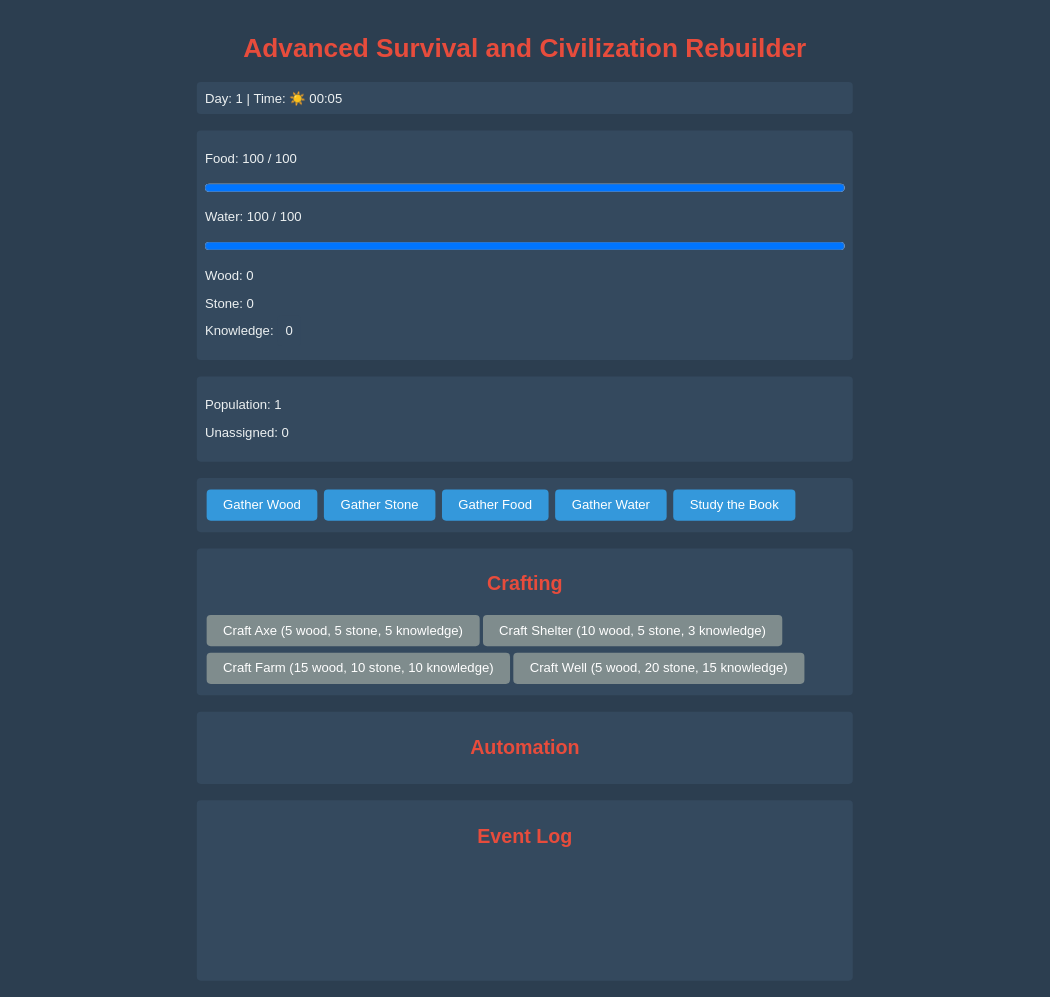
Repository: kingpinzs/afk-post-apocalyptic
Page: index.html
These files come from the project's save history. The page is drawn as it stood at one moment and after the next save; the edit follows.
The browser window is 1280 px wide. The pictures show the whole page, at 82% of full size.

Above is the page before, as saved 2024-09-10 08:05:54.

### index.html
<!DOCTYPE html>
<html lang="en">
<head>
    <meta charset="UTF-8">
    <meta name="viewport" content="width=device-width, initial-scale=1.0">
    <title>Advanced Survival and Civilization Rebuilder</title>
    <link rel="stylesheet" href="styles.css">
</head>
<body>
    <div id="game-container">
        <h1>Advanced Survival and Civilization Rebuilder</h1>
        <div id="day-night-cycle">
            Day: <span id="day-count">1</span> | Time: <span id="time-emoji">🌅</span> <span id="time-display">00:00</span>
        </div>
        <div id="resources">
            <p>Food: <span id="food">100</span> / 100</p>
            <progress id="food-bar" value="100" max="100"></progress>
            <p>Water: <span id="water">100</span> / 100</p>
            <progress id="water-bar" value="100" max="100"></progress>
            <p>Wood: <span id="wood">0</span></p>
            <p>Stone: <span id="stone">0</span></p>
            <p>Knowledge: <span id="knowledge">0</span></p>
        </div>
        <div id="population">
            <p>Population: <span id="population-count">1</span></p>
            <p>Unassigned: <span id="unassigned-population">0</span></p>
        </div>
        <div id="actions">
            <button id="gather-wood">Gather Wood</button>
            <button id="gather-stone">Gather Stone</button>
            <button id="gather-food">Gather Food</button>
            <button id="gather-water">Gather Water</button>
            <button id="study">Study the Book</button>
        </div>
        <div id="crafting">
            <h2>Crafting</h2>
            <div id="craftable-items"></div>
        </div>
        <div id="automation">
            <h2>Automation</h2>
            <div id="automation-controls"></div>
        </div>
        <div id="log">
            <h2>Event Log</h2>
            <ul id="event-log"></ul>
        </div>
    </div>

    <div id="puzzle-popup" class="popup">
        <h2 id="puzzle-title"></h2>
        <p id="puzzle-description"></p>
        <input type="text" id="puzzle-answer" placeholder="Enter your answer">
        <button id="submit-puzzle">Submit Answer</button>
    </div>

    <script type="module" src="game.js"></script>
</body>
</html>

### styles.css
body {
    font-family: Arial, sans-serif;
    background-color: #2c3e50;
    color: #ecf0f1;
    margin: 0;
    padding: 0;
}

#game-container {
    max-width: 800px;
    margin: 0 auto;
    padding: 20px;
}

h1, h2 {
    text-align: center;
    color: #e74c3c;
}

#day-night-cycle, #resources, #actions, #crafting, #knowledge, #population, #automation {
    background-color: #34495e;
    border-radius: 5px;
    padding: 10px;
    margin-bottom: 20px;
}

button {
    background-color: #3498db;
    border: none;
    color: white;
    padding: 10px 20px;
    text-align: center;
    text-decoration: none;
    display: inline-block;
    font-size: 16px;
    margin: 4px 2px;
    cursor: pointer;
    border-radius: 5px;
    transition: background-color 0.3s;
}

button:hover {
    background-color: #2980b9;
}

button:disabled {
    background-color: #7f8c8d;
    cursor: not-allowed;
}

#log {
    background-color: #34495e;
    border-radius: 5px;
    padding: 10px;
    height: 200px;
    overflow-y: scroll;
}

#event-log {
    list-style-type: none;
    padding: 0;
}

#event-log li {
    margin-bottom: 5px;
}

progress {
    width: 100%;
    height: 20px;
}

.popup {
    display: none;
    position: fixed;
    top: 50%;
    left: 50%;
    transform: translate(-50%, -50%);
    background-color: #34495e;
    padding: 20px;
    border-radius: 5px;
    z-index: 1000;
}

.popup input {
    width: 100%;
    padding: 5px;
    margin-top: 10px;
}

.popup button {
    margin-top: 10px;
}

### game.js
// game.js

import { gameState, CONSTANTS, loadKnowledgeData } from './gameState.js';
import { updateDisplay, updateTimeDisplay, updateTimeEmoji, logEvent } from './ui.js';
import { gatherResource, consumeResources, produceResources, checkPopulationGrowth, study } from './resources.js';
import { updateCraftableItems, submitPuzzleAnswer, showPuzzle } from './crafting.js';
import { updateAutomationControls } from './automation.js';

function initializeGame() {
    loadKnowledgeData().then(() => {
        updateCraftableItems();
        updateAutomationControls();
    });

    // Event listeners
    document.getElementById('gather-wood').addEventListener('click', () => gatherResource('wood'));
    document.getElementById('gather-stone').addEventListener('click', () => gatherResource('stone'));
    document.getElementById('gather-food').addEventListener('click', () => gatherResource('food'));
    document.getElementById('gather-water').addEventListener('click', () => gatherResource('water'));
    document.getElementById('study').addEventListener('click', study);
    document.getElementById('submit-puzzle').addEventListener('click', submitPuzzleAnswer);

    // Start game loop
    setInterval(gameLoop, 1000); // Update every second
}

function gameLoop() {
    updateTime();
    if (gameState.time === 0) { // Start of a new day
        consumeResources();
        produceResources();
        checkPopulationGrowth();
    }
    checkSurvival();
    updateDisplay();
}

function updateTime() {
    gameState.time = (gameState.time + 1) % (CONSTANTS.DAY_LENGTH * 60);
    if (gameState.time === 0) {
        gameState.day += 1;
    }
    updateTimeEmoji();
    updateTimeDisplay();
}

function checkSurvival() {
    if (gameState.food <= 0 || gameState.water <= 0) {
        alert('Game Over! Your population did not survive.');
        resetGame();
    }
}

function resetGame() {
    Object.assign(gameState, {
        food: 100,
        water: 100,
        wood: 0,
        stone: 0,
        knowledge: 0,
        population: 1,
        unassignedPopulation: 0,
        day: 1,
        time: 0,
        craftedItems: {},
        automationAssignments: {}
    });
    updateDisplay();
    updateCraftableItems();
    updateAutomationControls();
}

// Initialize the game
initializeGame();

### gameState.js
// gameState.js

export const gameState = {
    food: 100,
    water: 100,
    wood: 0,
    stone: 0,
    knowledge: 0,
    population: 1,
    unassignedPopulation: 0,
    day: 1,
    time: 0,
    craftedItems: {},
    automationAssignments: {}
};

export const CONSTANTS = {
    DAY_LENGTH: 10, // 10 minutes per day
    DAY_PHASE: 5, // 5 minutes of daylight
    POPULATION_THRESHOLD: 50 // Resources required for population growth
};

export let knowledgeData;

export function loadKnowledgeData() {
    return fetch('knowledge_data.json')
        .then(response => response.json())
        .then(data => {
            knowledgeData = data;
        });
}

### ui.js
// ui.js

import { gameState, CONSTANTS, knowledgeData } from './gameState.js';

export function updateDisplay() {
    document.getElementById('food').textContent = Math.floor(gameState.food);
    document.getElementById('water').textContent = Math.floor(gameState.water);
    document.getElementById('wood').textContent = gameState.wood;
    document.getElementById('stone').textContent = gameState.stone;
    document.getElementById('knowledge').textContent = gameState.knowledge;
    document.getElementById('food-bar').value = gameState.food;
    document.getElementById('water-bar').value = gameState.water;
    document.getElementById('population-count').textContent = gameState.population;
    document.getElementById('unassigned-population').textContent = gameState.unassignedPopulation;
    document.getElementById('day-count').textContent = gameState.day;
}

export function updateTimeDisplay() {
    const hours = Math.floor(gameState.time / 60);
    const minutes = gameState.time % 60;
    document.getElementById('time-display').textContent = `${hours.toString().padStart(2, '0')}:${minutes.toString().padStart(2, '0')}`;
}

export function updateTimeEmoji() {
    const timeEmojiElement = document.getElementById('time-emoji');
    if (gameState.time < CONSTANTS.DAY_PHASE * 60) {
        timeEmojiElement.textContent = '☀️';
    } else {
        timeEmojiElement.textContent = '🌙';
    }
}

export function logEvent(message) {
    const eventLog = document.getElementById('event-log');
    const li = document.createElement('li');
    li.textContent = message;
    eventLog.prepend(li);
    if (eventLog.children.length > 5) {
        eventLog.removeChild(eventLog.lastChild);
    }
}

### resources.js
// resources.js

import { gameState, CONSTANTS } from './gameState.js';
import { logEvent, updateDisplay } from './ui.js';
import { updateAutomationControls } from './automation.js';
import { updateCraftableItems } from './crafting.js';

export function gatherResource(resource) {
    let amount = 1;
    if (resource === 'wood' && gameState.craftedItems.axe) {
        amount = gameState.craftedItems.axe.effect.woodGatheringMultiplier;
    }
    gameState[resource] += amount;
    logEvent(`Gathered ${amount} ${resource}.`);
    updateDisplay();
    updateCraftableItems();
}

export function consumeResources() {
    const consumptionRate = gameState.craftedItems.shelter ? 0.5 : 1;
    const foodConsumption = Math.min(gameState.food, consumptionRate * gameState.population);
    const waterConsumption = Math.min(gameState.water, consumptionRate * gameState.population);

    gameState.food -= foodConsumption;
    gameState.water -= waterConsumption;

    logEvent(`Consumed ${foodConsumption.toFixed(1)} food and ${waterConsumption.toFixed(1)} water for the day.`);
}

export function produceResources() {
    if (gameState.craftedItems.farm) {
        const foodProduced = gameState.craftedItems.farm.effect.foodProductionRate * (gameState.automationAssignments.farm || 0);
        gameState.food += foodProduced;
        logEvent(`Farm produced ${foodProduced.toFixed(1)} food.`);
    }
    if (gameState.craftedItems.well) {
        const waterProduced = gameState.craftedItems.well.effect.waterProductionRate * (gameState.automationAssignments.well || 0);
        gameState.water += waterProduced;
        logEvent(`Well produced ${waterProduced.toFixed(1)} water.`);
    }
    gameState.food = Math.min(gameState.food, 100);
    gameState.water = Math.min(gameState.water, 100);
}

export function checkPopulationGrowth() {
    if (gameState.food >= CONSTANTS.POPULATION_THRESHOLD && gameState.water >= CONSTANTS.POPULATION_THRESHOLD) {
        gameState.population += 1;
        gameState.unassignedPopulation += 1;
        gameState.food -= CONSTANTS.POPULATION_THRESHOLD;
        gameState.water -= CONSTANTS.POPULATION_THRESHOLD;
        logEvent("The population has grown! You have a new unassigned worker.");
        updateAutomationControls();
    }
}

export function study() {
    gameState.knowledge += 1;
    logEvent('Studied the book. Gained 1 knowledge point.');
    updateDisplay();
    updateCraftableItems();
}

### crafting.js
// crafting.js

import { gameState, knowledgeData } from './gameState.js';
import { logEvent, updateDisplay } from './ui.js';
import { updateAutomationControls } from './automation.js';

export function updateCraftableItems() {
    const craftableItemsContainer = document.getElementById('craftable-items');
    craftableItemsContainer.innerHTML = '';
    knowledgeData.items.forEach(item => {
        if (!gameState.craftedItems[item.id]) {
            const canCraft = Object.entries(item.requirements).every(([resource, amount]) => gameState[resource] >= amount);
            const button = document.createElement('button');
            button.textContent = `Craft ${item.name} (${Object.entries(item.requirements).map(([resource, amount]) => `${amount} ${resource}`).join(', ')})`;
            button.disabled = !canCraft;
            button.addEventListener('click', () => showPuzzle(item));
            craftableItemsContainer.appendChild(button);
        }
    });
}

export function submitPuzzleAnswer() {
    const puzzlePopup = document.getElementById('puzzle-popup');
    const itemId = puzzlePopup.dataset.itemId;
    const item = knowledgeData.items.find(i => i.id === itemId);
    if (document.getElementById('puzzle-answer').value.toLowerCase() === item.puzzleAnswer.toLowerCase()) {
        craftItem(item);
        puzzlePopup.style.display = 'none';
    } else {
        alert('Incorrect answer. Try again!');
    }
}

function craftItem(item) {
    Object.entries(item.requirements).forEach(([resource, amount]) => {
        gameState[resource] -= amount;
    });
    gameState.craftedItems[item.id] = item;
    logEvent(`Crafted ${item.name}!`);
    updateDisplay();
    updateCraftableItems();
    updateAutomationControls();
}

// Make sure showPuzzle is exported
export function showPuzzle(item) {
    const puzzlePopup = document.getElementById('puzzle-popup');
    document.getElementById('puzzle-title').textContent = `Craft ${item.name}`;
    document.getElementById('puzzle-description').textContent = item.puzzle;
    document.getElementById('puzzle-answer').value = '';
    puzzlePopup.style.display = 'block';
    puzzlePopup.dataset.itemId = item.id;
}

### automation.js
// automation.js

import { gameState } from './gameState.js';
import { updateDisplay } from './ui.js';

export function updateAutomationControls() {
    const automationControlsContainer = document.getElementById('automation-controls');
    automationControlsContainer.innerHTML = '';
    Object.entries(gameState.craftedItems).forEach(([itemId, item]) => {
        if (item.effect.foodProductionRate || item.effect.waterProductionRate) {
            const div = document.createElement('div');
            div.innerHTML = `
                <p>${item.name}: <span id="${itemId}-assigned">0</span> assigned</p>
                <button id="${itemId}-assign">+</button>
                <button id="${itemId}-unassign">-</button>
            `;
            automationControlsContainer.appendChild(div);

            document.getElementById(`${itemId}-assign`).addEventListener('click', () => assignWorker(itemId));
            document.getElementById(`${itemId}-unassign`).addEventListener('click', () => unassignWorker(itemId));
        }
    });
}

function assignWorker(itemId) {
    if (gameState.unassignedPopulation > 0) {
        gameState.automationAssignments[itemId] = (gameState.automationAssignments[itemId] || 0) + 1;
        gameState.unassignedPopulation -= 1;
        updateAutomationDisplay();
    }
}

function unassignWorker(itemId) {
    if (gameState.automationAssignments[itemId] > 0) {
        gameState.automationAssignments[itemId] -= 1;
        gameState.unassignedPopulation += 1;
        updateAutomationDisplay();
    }
}

function updateAutomationDisplay() {
    Object.entries(gameState.automationAssignments).forEach(([itemId, count]) => {
        const assignedElement = document.getElementById(`${itemId}-assigned`);
        if (assignedElement) {
            assignedElement.textContent = count;
        }
    });
    updateDisplay();
}

### knowledge_data.json
{
    "items": [
      {
        "id": "axe",
        "name": "Axe",
        "description": "Improves wood gathering efficiency",
        "requirements": {
          "wood": 5,
          "stone": 5,
          "knowledge": 5
        },
        "puzzle": "What has a handle and a head, but no arms or legs?",
        "puzzleAnswer": "axe",
        "effect": {
          "woodGatheringMultiplier": 2
        }
      },
      {
        "id": "shelter",
        "name": "Shelter",
        "description": "Reduces resource consumption",
        "requirements": {
          "wood": 10,
          "stone": 5,
          "knowledge": 3
        },
        "puzzle": "I keep you safe, I keep you dry, I'm built with care, up toward the sky. What am I?",
        "puzzleAnswer": "shelter",
        "effect": {
          "resourceConsumptionMultiplier": 0.5
        }
      },
      {
        "id": "farm",
        "name": "Farm",
        "description": "Produces food over time",
        "requirements": {
          "wood": 15,
          "stone": 10,
          "knowledge": 10
        },
        "puzzle": "With seeds and soil, sun and rain, I help your food to grow again. What am I?",
        "puzzleAnswer": "farm",
        "effect": {
          "foodProductionRate": 0.1
        }
      },
      {
        "id": "well",
        "name": "Well",
        "description": "Produces water over time",
        "requirements": {
          "wood": 5,
          "stone": 20,
          "knowledge": 15
        },
        "puzzle": "Deep in the earth, I'm built with care, to bring up something vital and rare. What am I?",
        "puzzleAnswer": "well",
        "effect": {
          "waterProductionRate": 0.2
        }
      }
    ]
  }

After the next save:
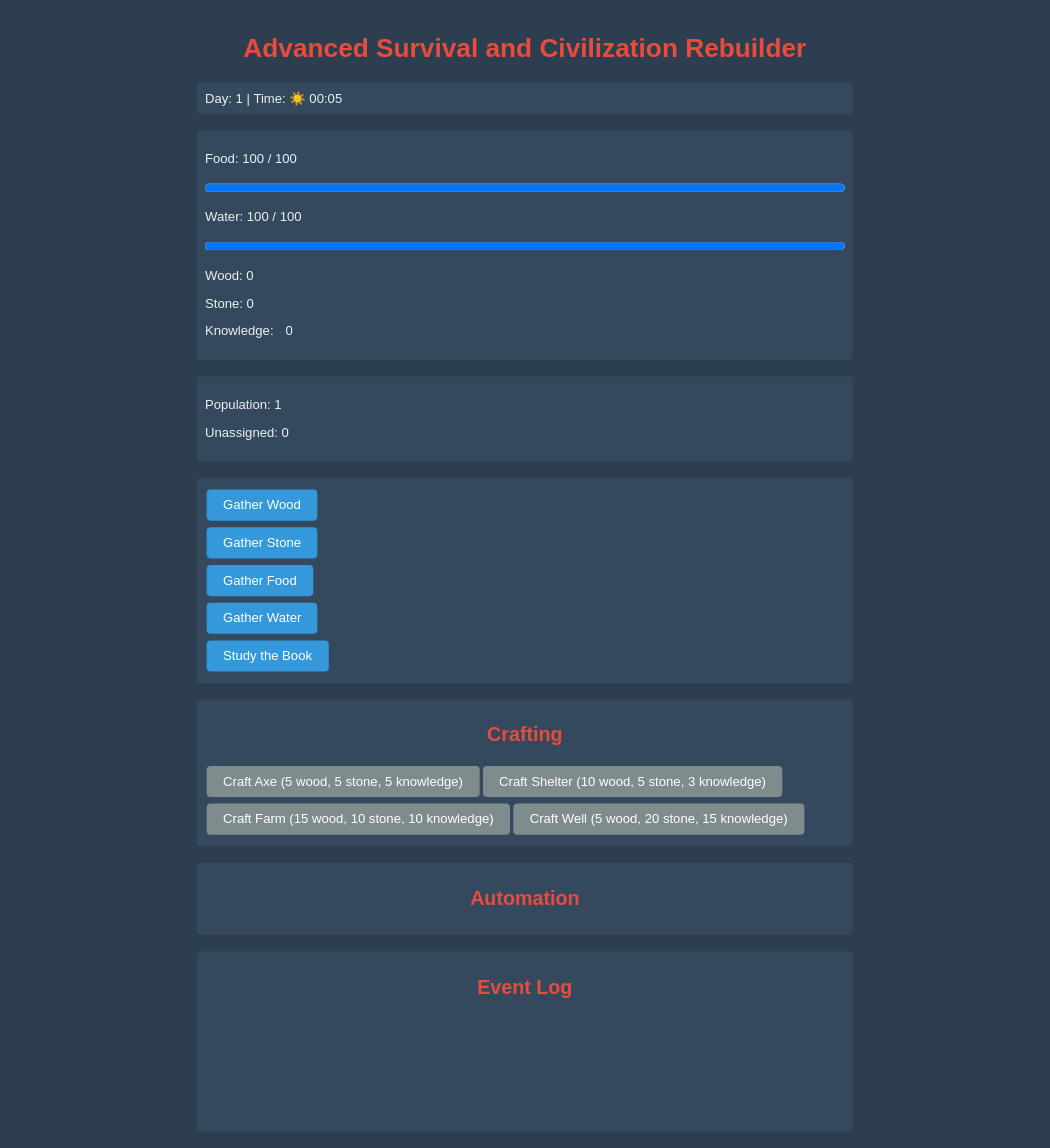
Saved 9 min 55 s later.
--- a/index.html
+++ b/index.html
@@ -26,10 +26,30 @@
             <p>Unassigned: <span id="unassigned-population">0</span></p>
         </div>
         <div id="actions">
-            <button id="gather-wood">Gather Wood</button>
-            <button id="gather-stone">Gather Stone</button>
-            <button id="gather-food">Gather Food</button>
-            <button id="gather-water">Gather Water</button>
+            <div class="gather-action">
+                <button id="gather-wood">Gather Wood</button>
+                <div class="progress-bar-container">
+                    <div id="wood-progress-bar" class="progress-bar"></div>
+                </div>
+            </div>
+            <div class="gather-action">
+                <button id="gather-stone">Gather Stone</button>
+                <div class="progress-bar-container">
+                    <div id="stone-progress-bar" class="progress-bar"></div>
+                </div>
+            </div>
+            <div class="gather-action">
+                <button id="gather-food">Gather Food</button>
+                <div class="progress-bar-container">
+                    <div id="food-progress-bar" class="progress-bar"></div>
+                </div>
+            </div>
+            <div class="gather-action">
+                <button id="gather-water">Gather Water</button>
+                <div class="progress-bar-container">
+                    <div id="water-progress-bar" class="progress-bar"></div>
+                </div>
+            </div>
             <button id="study">Study the Book</button>
         </div>
         <div id="crafting">
